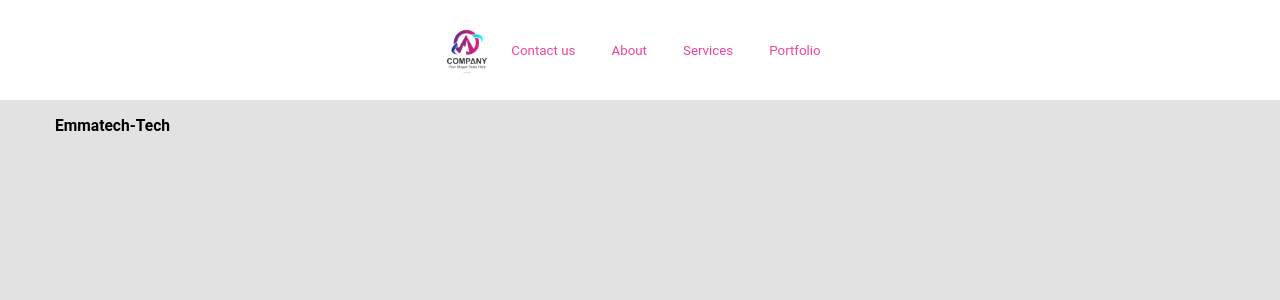
Repository: wisdomspine/emmatech-website
Page: index.html
These files come from the project's save history. The page is drawn as it stood at one moment and after the next save; the edit follows.
The browser window is 1280 px wide. The pictures show the whole page.

Above is the page before, as saved 2020-09-28 13:12:38.

### index.html
<!DOCTYPE html>
<html lang="en">

<head>
    <meta charset="UTF-8">
    <meta name="viewport" content="width=device-width, initial-scale=1.0 max-scale=1.0">
    <title>Emmatech ICT</title>
    <link rel="stylesheet" href="./assets/styles/styles.css">
</head>

<body>
    <header class="header">
        <div class="container">
            <img src="./assets/images/logo.png" alt="">
            <nav>
                <ul>
                    <li>
                        <a href="#">Contact us</a>
                    </li>
                    <li>
                        <a href="#">About</a>
                    </li>
                    <li>
                        <a href="#">Services</a>
                    </li>
                    <li>
                        <a href="#">Portfolio</a>
                    </li>
                </ul>
            </nav>
        </div>
    </header>

    <section class="home-slide">
        <div>
            <div class="container">
                <article>
                    <header>
                        <h1>Emmatech-Tech</h1>
                        <h2></h2>
                    </header>
                </article>
            </div>
        </div>
    </section>
</body>

</html>

### assets/styles/styles.css
@import "./preset.css";
@import "./page-header.css";

.container {
  max-width: 1170px;
  margin-left: auto;
  margin-right: auto;
}

### assets/styles/preset.css
/* @font-face {
  font-family: "Roboto";
  src: "../fonts/Roboto /Roboto-Regular.ttf";
} */
@import "./variables.css";
* {
  box-sizing: border-box;
  text-rendering: optimizeLegibility;
  -webkit-font-smoothing: antialiased;
  -moz-osx-font-smoothing: grayscale;
  font-kerning: auto;
}
html {
  font-size: 10pt;
  line-height: 1.4;
  font-weight: 400;
  font-family: "Roboto";
  -webkit-text-size-adjust: 100%;
}
body {
  margin: 0;
  background-color: var(--bg-color);
}

a,
a:hover,
a:active,
a:focus {
  text-decoration: none;
}

### assets/styles/page-header.css
@import "./variables.css";
.header {
  display: flex;
  flex-flow: row nowrap;
  justify-content: space-between;
  padding: var(--padding-large);
  height: var(--header-height);
  overflow: hidden;
  background-color: var(--card-color);
}

.header .container {
  display: flex;
  flex-flow: row nowrap;
  justify-content: space-between;
}

.header img {
  display: inline-block;
  height: 100%;
}

.header nav ul {
  list-style: none;
  display: flex;
  flex-flow: row nowrap;
  padding: 0;
  margin: 0;
}

.header nav ul li {
  padding: var(--padding-mid);
}

.header nav ul a {
  color: var(--accent-link-color);
}
.header nav ul a:hover {
  opacity: 0.9;
}

### assets/styles/variables.css
:root {
  --bg-color: #e1e2e1;
  --padding-large: 24px;
  --padding-mid: 18px;
  --header-height: 100px;
  --card-color: #ffffff;
  --accent-link-color: #ed459c;
}

After the next save:
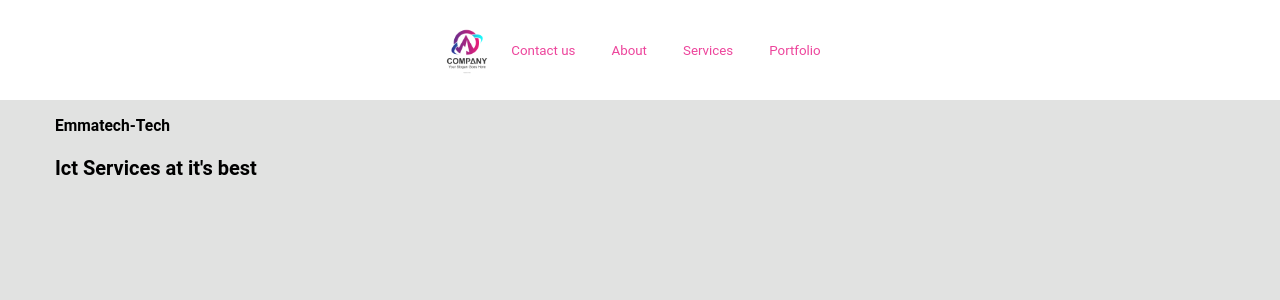
Saved 20 s later.
--- a/index.html
+++ b/index.html
@@ -37,7 +37,7 @@
                 <article>
                     <header>
                         <h1>Emmatech-Tech</h1>
-                        <h2></h2>
+                        <h2>Ict Services at it's best</h2>
                     </header>
                 </article>
             </div>
